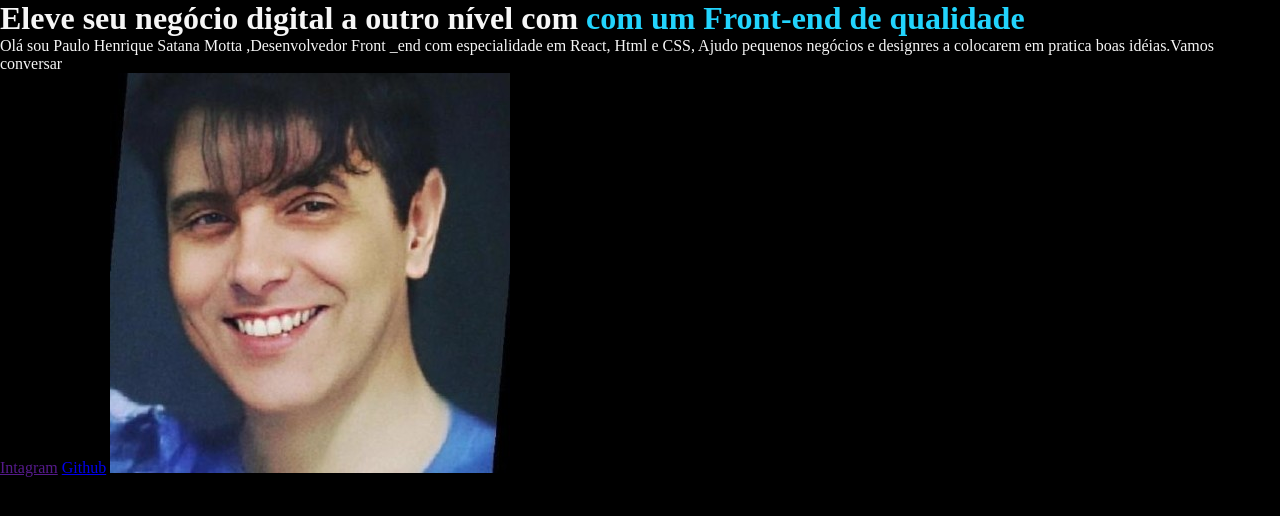
Repository: phsmottanerd/projeto-portfolio-alura
Page: index.html
An editor plug-in stored every save of this project. The page is shown before and after the next save, followed by the edit.
The browser window is 1280 px wide. The pictures show the whole page.

Above is the page before, as saved 2025-01-21 20:23:34.

### index.html
<!DOCTYPE html>
<html lang="pt-br">
<head>
    <meta charset="UTF-8">
    <meta name="viewport" content="width=device-width, initial-scale=1.0">
    <link rel="stylesheet" href="./style.css">
    <title>Portfólio</title>
</head>
<body>
    <header></header>
    <main class="apresentacao">
        <h1> Eleve seu negócio digital a outro nível com <strong class="titulo-destaque">  com um Front-end de qualidade</strong></h1>
    <p>Olá sou Paulo Henrique Satana Motta ,Desenvolvedor Front _end
         com especialidade em React, Html e CSS, Ajudo pequenos negócios e designres a colocarem em pratica boas
         idéias.Vamos conversar
    </p>
<a href="">Intagram</a>
<a href="https://github.com/phsmottanerd?tab=repositories">Github</a>
<img src="./img/1722867171561.jpg" alt="imgem-foto">
    </main>
    <footer></footer>
</body>
</html>

### style.css
*{
    margin:0;
    padding: 0;
      box-sizing: border-box;


}
body{
    height:100vh;
    background-color:black;
    color:#f6f6f6;
}

   .titulo-destaque{
    color:#22D4FD;
}

After the next save:
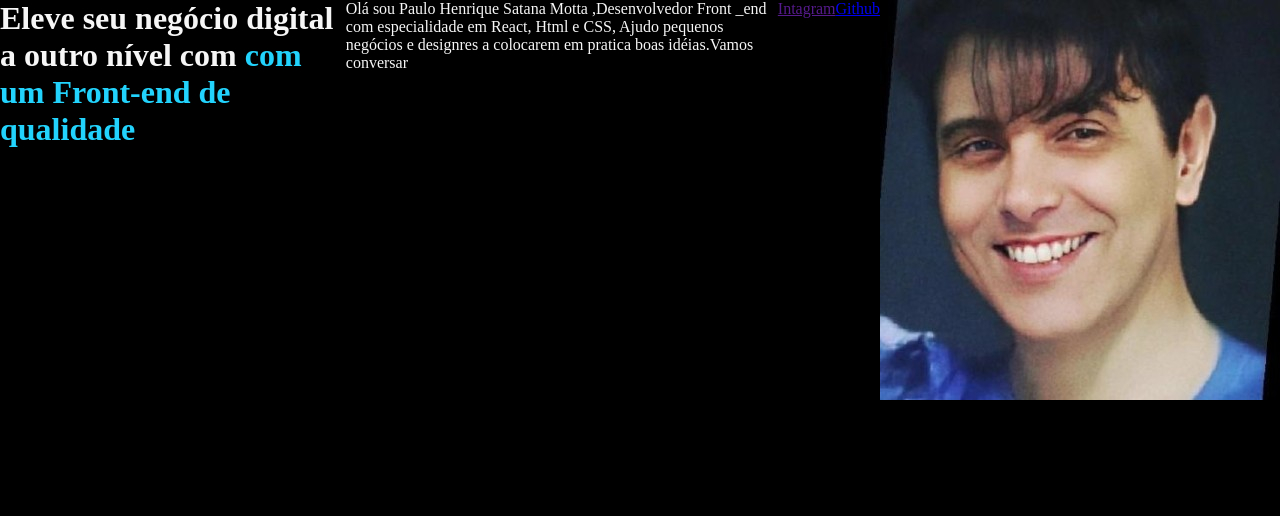
Saved 29 s later.
--- a/style.css
+++ b/style.css
@@ -14,3 +14,7 @@ body{
    .titulo-destaque{
     color:#22D4FD;
 }
+.apresentacao{
+display:flex;
+
+}
